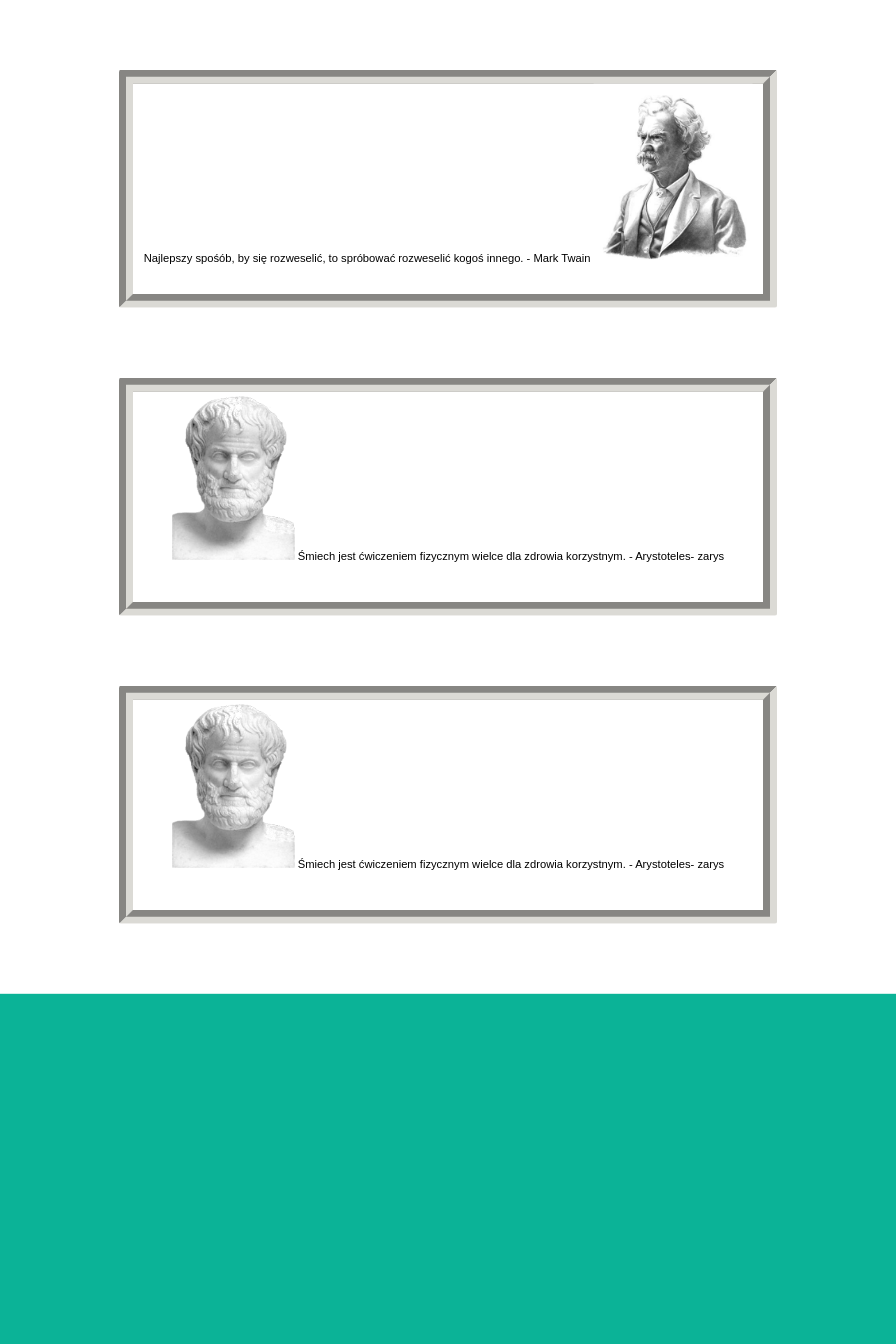
Repository: addstaw/moja-strona
Page: index.html
These files come from the project's save history. The page is drawn as it stood at one moment and after the next save; the edit follows.
The browser window is 1280 px wide. The pictures show the part of the page from y = 1674 to 3594 px (the page is 3594 px tall), at 70% of full size.
Some web fonts or font styles are not loaded; a fallback is used.

Above is the page before, as saved 2020-05-19 08:55:27.

After the next save:
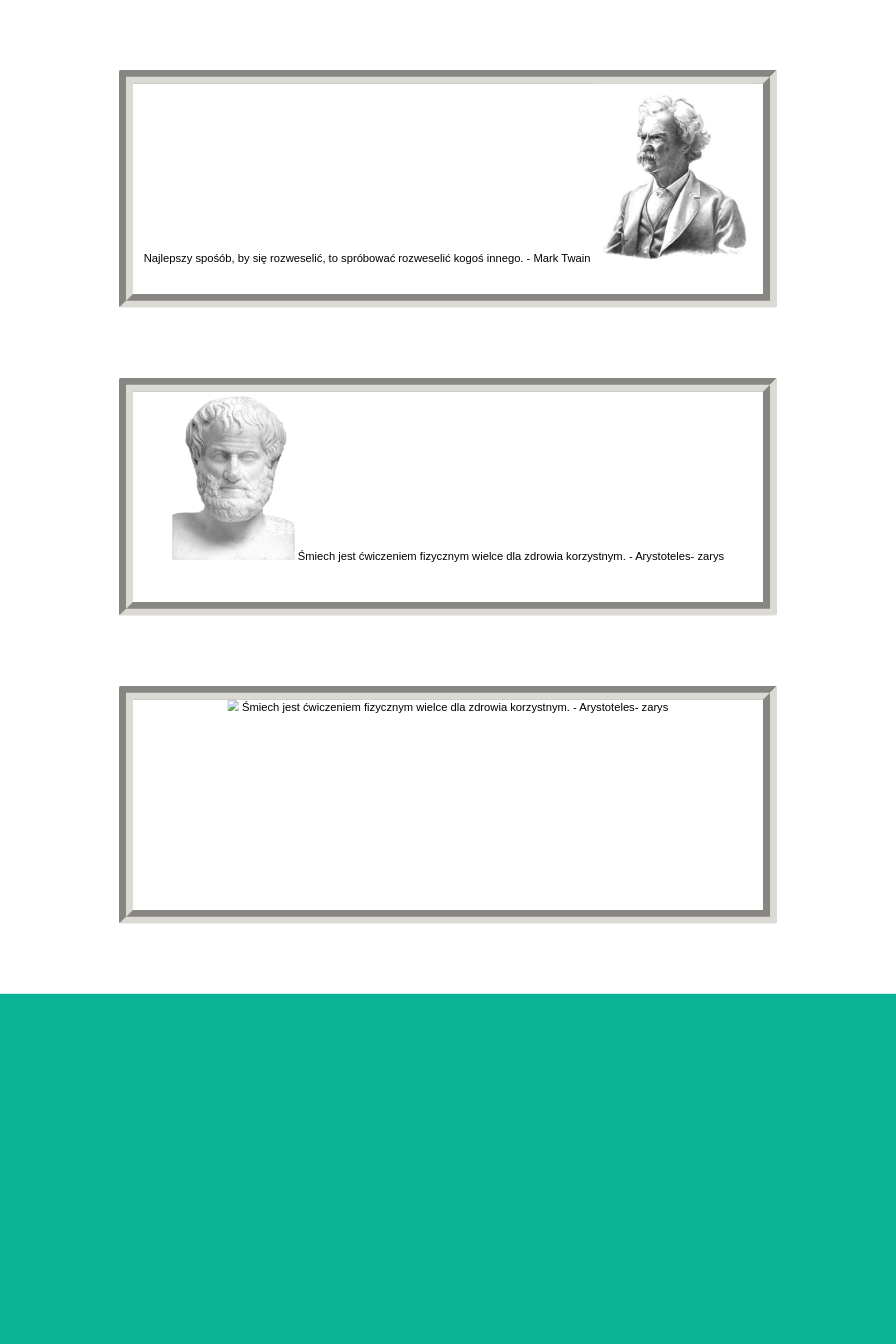
Not found: png/lin.png
Saved 46 min 8 s later.
--- a/index.html
+++ b/index.html
@@ -72,7 +72,7 @@
                 </section>
                 <section>
                     <div class="quote">
-                        <img src="png/arystoteles.png" height="80%"/>
+                        <img src="png/lin.png" height="80%"/>
                         Śmiech jest ćwiczeniem fizycznym wielce dla zdrowia korzystnym. - Arystoteles- zarys</div>
                 </section>
             </article>

After the 2 saves that followed:
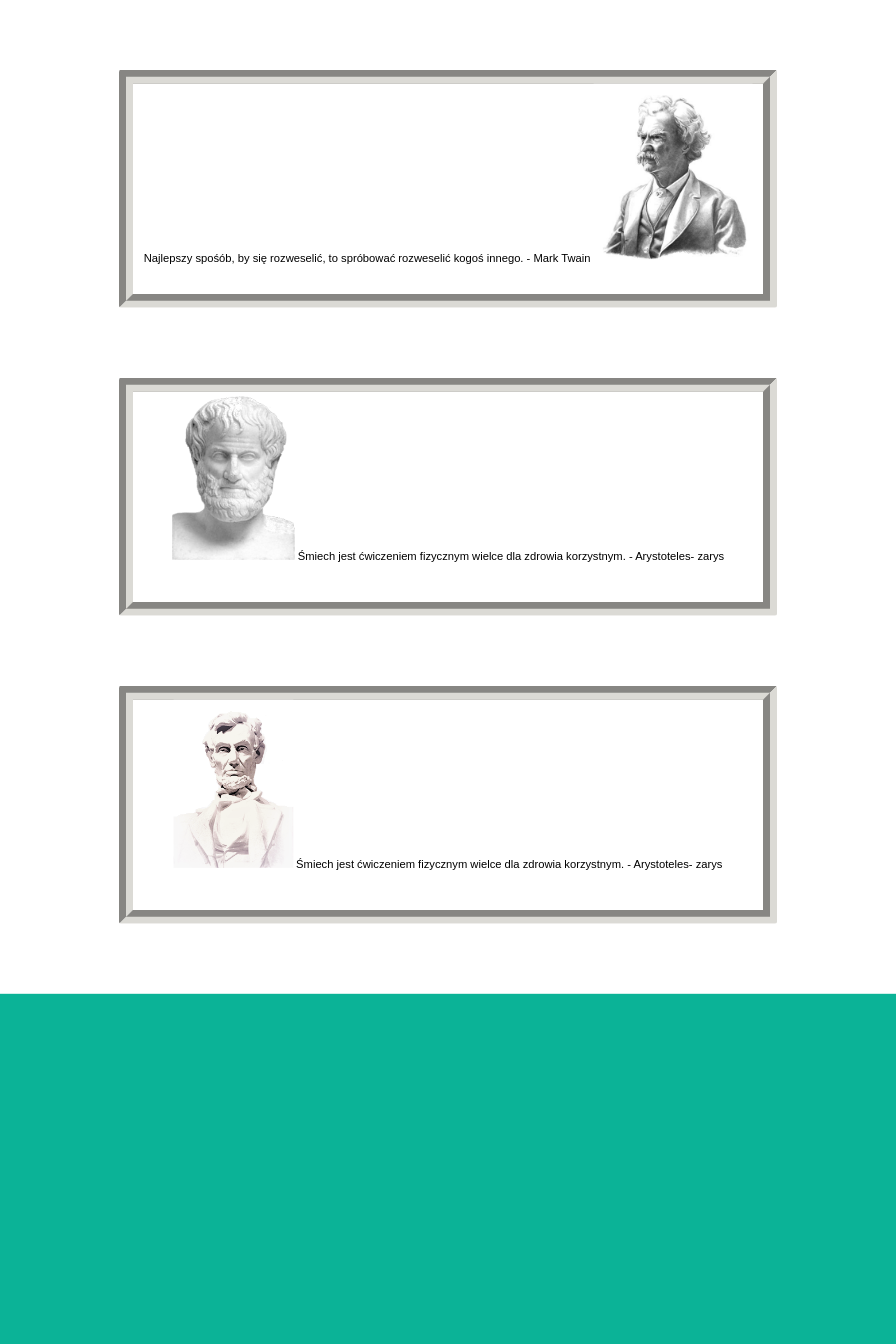
The 2 saves are shown as one change because 1 left the picture as it was.
The last was saved 3 min 22 s later.
--- a/index.html
+++ b/index.html
@@ -72,7 +72,7 @@
                 </section>
                 <section>
                     <div class="quote">
-                        <img src="png/lin.png" height="80%"/>
+                        <img src="png/lincoln2.png" height="80%"/>
                         Śmiech jest ćwiczeniem fizycznym wielce dla zdrowia korzystnym. - Arystoteles- zarys</div>
                 </section>
             </article>
